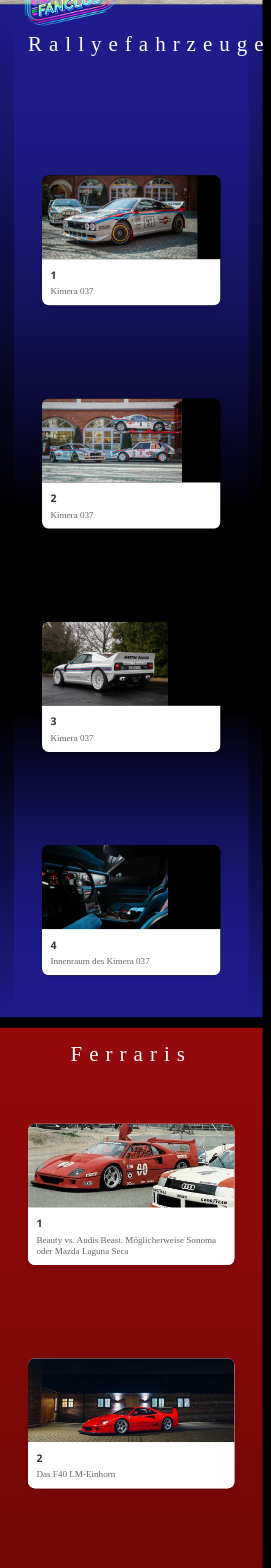
Repository: Johannes-Harald/martini-racing-fanclub
Page: /
The author's editor kept a copy of each file at every save. The page is drawn from the files as they stood at one save, then again after the next save.
The browser window is 375 px wide. The page is 387 px wide, so the pictures cover 387 px, including what lies to the right of the window. The pictures show the part of the page from y = 396 to 2636 px (the page is 13164 px tall before and 13224 px after), at 70% of full size.
Some web fonts or font styles are not loaded; a fallback is used. The project was rebuilt for these pictures with package versions that can differ from the ones it lists, and the page was loaded fresh each time. Also part of the build but not shown: vite.config.js, src/components/Lightbox/Lightbox.css, src/components/Lightbox/Lightbox.jsx, src/components/TitleCards/TitleCards.jsx, src/pages/Videos/Videos.css, src/pages/Videos/Videos.jsx.

Above is the page before, as saved 2024-10-12 13:05:46.

### index.html
<!doctype html>
<html lang="en">
  <head>
    <meta charset="UTF-8" />
    <link rel="icon" type="image/svg+xml" href="/src/assets/logo-martinid.png" style="filter: brightness(3.5); height: 2px; width: 1px;"/>
    <meta name="viewport" content="width=device-width, initial-scale=1.0" />
    <title>Martini Racing Fanclub</title>
  </head>
  <body>
    <div id="root"></div>
    <script type="module" src="/src/main.jsx"></script>
  </body>
</html>
<!--
<!doctype html>
<html lang="en">
  <head>
    <meta charset="UTF-8" />
    <link rel="icon" type="image/svg+xml" href="/src/assets/logo-martinid.png" style="filter: brightness(3.5); height: 2px; width: 1px;"/>
    <meta name="viewport" content="width=device-width, initial-scale=1.0" />
    <title>Martini Racing Fanclub</title>
  </head>
  <body>
    <div id="root"></div>
    <script type="module" src="/src/main.jsx"></script>
  </body>
</html>
-->

### src/App.jsx
import React from 'react';
import { BrowserRouter as Router, Route, Routes } from 'react-router-dom';
import Home from './pages/Home/Home';
import Videos from './pages/Videos/Videos';

function App() {
  //const navigate = useNavigate();
  //const location = useLocation();



  {/*const scrollToTitleCards = () => {
    // Assuming you have a reference to your TitleCards section
    const titleCardsSection = document.getElementById('rallyeautos'); // Adjust this ID as needed
    if (titleCardsSection) {
      titleCardsSection.scrollIntoView({ behavior: 'smooth' });
    }
  };

  const scrollToTitleCards = () => {
    if (location.pathname === '/') {
      rallyefahrzeugeRef.current.scrollIntoView({ behavior: 'smooth' });
    } else {
      // If you're on another page, navigate to the home page first
      navigate('/');
      // After navigating, wait for the page to load and then scroll to rallyefahrzeugeRef
      setTimeout(() => {
        rallyefahrzeugeRef.current.scrollIntoView({ behavior: 'smooth' });
      }, 500); // Use a timeout to ensure the page is fully rendered before scrolling
    }
  };
  <Route path="/Home" element={<Navbar scrollToTop={scrollToTop} scrollToTitleCards={scrollToTitleCards}/>} />
  */}

  return (
    <Router>
      <div className="App">
        <Routes>
          <Route path="/" element={<Home />} />
          <Route path="/videos" element={<Videos />} />
        </Routes>
      </div>
    </Router>
  );
}

export default App;

### src/index.css
* {
  margin: 0;
  padding: 0;
  box-sizing: border-box;
}

body {
  background: black;
  font-family: 'Segoe UI', Tahoma, Geneva, Verdana, sans-serif;
}

### src/pages/Home/Home.css
.hero {
    position: relative;
}

.component {
    transition: opacity 0.5s ease, transform 0.5s ease;
    opacity: 0;
    transform: translateY(20px);
    pointer-events: none; /* Disable interaction when hidden */
  }

  .component.active {
    opacity: 1;
    transform: translateY(0);
    pointer-events: all; /* Enable interaction when visible */
  }

.img-cover {
    background-image: linear-gradient(180deg, rgba (0,0,0,0.7) 10%, transparent);
    z-index: 1;
    transition: background-color 0.3s, color 0.3s;
  }

.banner-width {
    width: 100%;
    mask-image: linear-gradient(to right, transparent, black 75%);
    -weblit-mask-image: linear-gradient(to right, transparent, black 75%);
}

.banner-img {
    width: 100%;
    display: flex;
    filter: brightness(1.2);
}

.hero-caption {
    position: absolute;
    width: 100%;
    padding-left: 6%;
    bottom: 0;
}

.caption-img {
    width: 100%;
    height: 370px;
    max-width: 510px;
    margin-bottom: 60px;
    filter: brightness(1.3);
}

.hero-caption p{
    max-width: 700px;
    font-size: 17px;
    margin-bottom: 20px;
}

.hero-btns {
    display: flex;
    gap: 10px;
    margin-bottom: 50px;
}

.hero-btns .btn img{
    width: 25px;
}

.hero-btns .btn {
    border: 0;
    outline: 0;
    padding: 8px 20px;
    display: inline-flex;
    align-items: center;
    gap: 10px;
    font-size: 15px;
    font-weight: 600;
    background: white;
    border-radius: 4px;
    cursor: pointer;
}

.hero-btns .btn.dark-btn{
    color: #fff;
    background: #6d6d6eb3;
}

.hero-btns .btn:hover{
    background: #ffffffbf;
}

.hero-btns .btn.dark-btn:hover{
    background: #6d6d6e66 ;
}


@media (max-width: 1024px) {
  .hero-caption .title-cards {
      display: none;
  }
  .hero-btns {
      margin-bottom: 30px;
  }
  .hero-caption p {
      font-size: 15px;
      max-width: 600px;
  }
}

/* Large mobile screens */
@media (max-width: 800px) {
  .hero-caption {
      padding-left: 4%;
  }
  .caption-img {
      margin-bottom: 10px;
      width: 40%;
  }
  .hero-caption p {
      font-size: 12px;
      margin-bottom: 10px;
  }
  .hero-btns .btn img {
      width: 20px;
  }
  .hero-btns .btn {
      padding: 6px 15px;
      font-size: 13px;
  }
}

/* Small mobile screens */
@media (max-width: 500px) {
  .banner-img {
    padding-top: 191px;
    width: 150%;
    filter: brightness(1.2);
    max-width: 100%;
    overflow: hidden;
    /*     text-align: left; */
  }

  .home .img-cover {
    background-size: cover; /* Ensure the image covers the entire area */
    background-position: center;
  }
  .caption-img {
    margin-bottom: 360px;
    height: 110px;
    width: 170px;
  }
  .hero-caption p {
      font-size: 11px;
  }
  .hero-btns img {
      width: 15px;
  }
  .hero-btns .btn {
      padding: 4px 10px;
      gap: 5px;
      font-size: 10px;
  }
  .component {
      margin-top: 15px;
  }
  .banner-img {
      height: auto;
  }
}

### src/components/Navbar/Navbar.jsx
import React, { useEffect, useRef, useState } from 'react';
import { Link, useNavigate, useLocation } from 'react-router-dom';
import './Navbar.css';
import logo from '../../assets/logo.png';
import search_icon from '../../assets/search_icon.svg';
import profile_icon from '../../assets/profile_img.webp';
import caret_icon from '../../assets/caret_icon.svg';
import lightModeSearch from '../../assets/search_icon_dark.png';

const Navbar = ({ scrollToRallyefahrzeuge, rallyefahrzeugeRef, scrollTo }) => {
  const navigate = useNavigate();
  const location = useLocation();
  const navRef = useRef(null);
  const [navigateToRallye, setNavigateToRallye] = useState(false);
  const [darkMode, setDarkMode] = useState(() => {
    return localStorage.getItem('darkMode') === 'true';
  });

/*  const handleScrollToRallyefahrzeuge = () => {
    if (location.pathname !== "/") {
      setNavigateToRallye(true); // Set flag to indicate we want to scroll after navigation
      navigate("/"); // Navigate to home
    }
  };

/*  useEffect(() => {
    if (navigateToRallye && location.pathname === "/") {
      setTimeout(() => {
        if (rallyefahrzeugeRef.current) {
          console.log("Ref found, scrolling...");
          rallyefahrzeugeRef.current.scrollIntoView({ behavior: 'smooth' });
        } else {
          console.log("Ref not found");
        }
      }, 100); // Add delay to allow for navigation to complete
      setNavigateToRallye(false); // Reset flag
    }
  }, [navigateToRallye, location.pathname, rallyefahrzeugeRef]);*/

  const toggleDarkMode = () => {
    setDarkMode(prev => {
      const newDarkMode = !prev;
      document.body.classList.toggle('dark-mode', newDarkMode);
      localStorage.setItem('darkMode', newDarkMode);
      return newDarkMode;
    });
  };

  return (
    <div ref={navRef} className={`navbar ${darkMode ? 'dark-mode' : 'light-mode'}`}>
      <div className="navbar-left">
        <img src={logo} alt="Logo" className='logo-img' />
        <ul>
          <li onClick={scrollTo}><Link to="/" className="link-style">Startseite</Link></li>
          <li><Link to="/videos" className="link-style">Videos</Link></li>
          <li onClick={scrollToRallyefahrzeuge}><Link to="/" className="link-style">Fahrzeuge</Link></li>
        </ul>
      </div>

      <div className="navbar-right">
        <p>Nutzer</p>

        {/* Dark Mode Toggle Button */}
        <button onClick={toggleDarkMode} className='dark-mode-btn'>
          {darkMode ? 'Hell' : 'Dunkel'}
        </button>

        <div className='navbar-profile'>
          <img src={profile_icon} alt="Profile" className='profile' />
          <img src={caret_icon} alt="Caret" />
          <div className='dropdown'>
            <p>Abmelden</p>
          </div>
        </div>
      </div>
    </div>
  );
};

export default Navbar;

### src/components/TitleCards/Rallyefahrzeuge.jsx
import React, { useState } from 'react';
import './Rallyefahrzeuge.css';
import img3 from '../../assets/cards/img3.jpg';
import img4 from '../../assets/cards/img4.jpg';
import img5 from '../../assets/cards/img5.webp';
import img6 from '../../assets/cards/img6.jpg';
import Lightbox from '../Lightbox/Lightbox';

const Rallyefahrzeuge = React.forwardRef((props, ref) => {
  const [lightboxOpen, setLightboxOpen] = useState(false); // State to control lightbox visibility
  const [selectedImageIndex, setSelectedImageIndex] = useState(0); // Track the selected image

  const cardData = [
    { image: img3, title: '1', description: 'Kimera 037' },
    { image: img4, title: '2', description: 'Kimera 037' },
    { image: img5, title: '3', description: 'Kimera 037' },
    { image: img6, title: '4', description: 'Innenraum des Kimera 037' }
  ];

  const handleImageClick = (index) => {
    setSelectedImageIndex(index); // Set the index of the clicked image
    setLightboxOpen(true); // Open the lightbox LOOK HERE INCASE! >>>> ref={rallyefahrzeugeRef}
  };

  return (
    <div className="rallyefahrzeuge">
      <div className="rallyeautos">
        <h2>Rallyefahrzeuge</h2>
      </div>
      <div className="rallye-card-list">
        {cardData.map((card, index) => (
          <div key={index} className="rallye-title-cards" onClick={() => handleImageClick(index)}>
            <img src={card.image} alt={card.title} className="rallye-title-cards-img" />
            <div className="rallye-title-cards-info">
              <h3>{card.title}</h3>
              <p>{card.description}</p>
            </div>
          </div>
        ))}
      </div>

      {/* Conditionally render the Lightbox when open */}
      {lightboxOpen && (
        <Lightbox
          images={cardData.map((card) => ({ src: card.image, alt: card.title }))} // Pass the images to the Lightbox
          initialIndex={selectedImageIndex} // Start with the clicked image
          onClose={() => setLightboxOpen(false)} // Close the lightbox
        />
      )}
    </div>
  );
});

export default Rallyefahrzeuge;

### src/components/TitleCards/PrototypRennwagen.jsx
import React, { useState } from 'react';
import './Rallyefahrzeuge.css';
import img1 from '../../assets/cards/img1.png';
import img7 from '../../assets/cards/img7.jpg';
import img8 from '../../assets/cards/img8.jpg';
import img9 from '../../assets/cards/img9.jpg';
import lcmonza from '../../assets/cards/lcmonza.jpg';
import lcparmalat from '../../assets/cards/lcparmalat.jpg';
import Lightbox from '../Lightbox/Lightbox'; // Import the Lightbox component

const PrototypRennwagen = React.forwardRef((props, ref) => {
  const [lightboxOpen, setLightboxOpen] = useState(false); // State to control lightbox visibility
  const [selectedImageIndex, setSelectedImageIndex] = useState(0); // Track the selected image

  const cardData = [
    { image: img1, title: '1', description: 'LC1 auf der Nordschleife' },
    { image: img7, title: '2', description: 'LC1 auf der Nordschleife' },
    { image: img8, title: '3', description: 'LC1 bei Le Mans' },
    { image: img9, title: '4', description: 'LC1' },
    { image: lcmonza, title: '5', description: 'LC1 bei Le Mans' },
    { image: lcparmalat, title: '6', description: 'LC1' }
  ];

  const handleImageClick = (index) => {
    setSelectedImageIndex(index); // Set the index of the clicked image
    setLightboxOpen(true); // Open the lightbox
  };

  return (
    <div className="rallyefahrzeuge" ref={ref}>
      <div className="rallyeautos">
        <h2>Prototyp-Rennwagen</h2>
      </div>
        <div className="rallye-card-list" >
      {cardData.map((card, index) => (
        <div key={index} className="rallye-title-cards" onClick={() => handleImageClick(index)}>
          <img src={card.image} alt={card.title} className="rallye-title-cards-img" />
          <div className="rallye-title-cards-info">
            <h3>{card.title}</h3>
            <p>{card.description}</p>
          </div>
        </div>
      ))}
    </div>

      {/* Conditionally render the Lightbox when open */}
          {lightboxOpen && (
        <Lightbox
          images={cardData.map((card) => ({ src: card.image, alt: card.title }))} // Pass the images to the Lightbox
          initialIndex={selectedImageIndex} // Start with the clicked image
          onClose={() => setLightboxOpen(false)} // Close the lightbox
        />
      )}
    </div>
  );
});

export default PrototypRennwagen;

### src/components/TitleCards/Tourenwagen.jsx
import React, { useState } from 'react';
import './Rallyefahrzeuge.css';
 import img2 from '../../assets/cards/img2.jpg';
import img10 from '../../assets/cards/img10.jpg';
import img11 from '../../assets/cards/img11.jpg';
import img12 from '../../assets/cards/img12.jpg';
import img37 from '../../assets/cards/img37.jpg';
import img38 from '../../assets/cards/img38.jpeg';
import Lightbox from '../Lightbox/Lightbox';

const Tourenwagen = React.forwardRef((props, ref) => {
  const [lightboxOpen, setLightboxOpen] = useState(false); // State to control lightbox visibility
  const [selectedImageIndex, setSelectedImageIndex] = useState(0); // Track the selected image

  const cardData = [
    { image: img2, title: '1', description: 'Porsche 935' },
    { image: img10, title: '2', description: 'Beta Montecarlo Turbo' },
    { image: img11, title: '3', description: 'Beta Montecarlo Turbo' },
    { image: img12, title: '4', description: 'Beta Montecarlo Turbo' },
    { image: img37, title: '5', description: 'Beta Montecarlo Turbo' },
    { image: img38, title: '6', description: 'Beta Montecarlo Turbo' }
  ];

  const handleImageClick = (index) => {
    setSelectedImageIndex(index); // Set the index of the clicked image
    setLightboxOpen(true); // Open the lightbox
  };

  return (
    <div className="rallyefahrzeuge" ref={ref}>
      <div className="rallyeautos">
        <h2>Tourenwagen</h2>
      </div>
    <div className="rallye-card-list">
      {cardData.map((card, index) => (
        <div key={index} className="rallye-title-cards" onClick={() => handleImageClick(index)}>
          <img src={card.image} alt={card.title} className="rallye-title-cards-img" />
          <div className="rallye-title-cards-info">
            <h3>{card.title}</h3>
            <p>{card.description}</p>
          </div>
        </div>
      ))}
    </div>

      {/* Conditionally render the Lightbox when open */}
      {lightboxOpen && (
        <Lightbox
          images={cardData.map((card) => ({ src: card.image, alt: card.title }))} // Pass the images to the Lightbox
          initialIndex={selectedImageIndex} // Start with the clicked image
          onClose={() => setLightboxOpen(false)} // Close the lightbox
        />
      )}
    </div>
  );
});

export default Tourenwagen;

### src/components/Footer/Footer.jsx
import React from 'react'
import './Footer.css'
import youtube_icon from '../../assets/youtube_icon.png'
import twitter_icon from '../../assets/twitter_icon.png'
import instagram_icon from '../../assets/instagram_icon.png'
import facebook_icon from '../../assets/facebook_icon.png'

const Footer = () => {
  return (
    <div className='footer'>
      <div className='footer-icons'>
        <img src={youtube_icon} alt="" />
        <img src={twitter_icon} alt="" />
        <img src={instagram_icon} alt="" />
        <img src={facebook_icon} alt="" />
      </div>
      <ul>
        <li>Auto-Fanclub</li>
        <li>Hilfezentrum</li>
        <li>Foren</li>
        <li>Medienzentrum</li>
        <li>Investorenbeziehungen</li>
        <li>Jobs</li>
        <li>Nutzungsbediengungen</li>
        <li>Datenschutz</li>
        <li>Rechtliche Hinweise</li>
        <li>Cookie-Einstellungen</li>
        <li>Unternehmensinformationen</li>
        <li>Kontakt</li>
      </ul>
      <p className='copyright'>© 1968-2023 Martini-Racing.</p>
    </div>
  )
}

export default Footer

### src/components/TitleCards/Rallyefahrzeuge.css
@import url('https://fonts.googleapis.com/css2?family=Bona+Nova+SC:ital,wght@0,400;0,700;1,400&family=Open+Sans&display=swap');

* {
  margin: 0;
  padding: 0;
  box-sizing: border-box;
}

.rallye-card-list {
  display: flex;
  flex-flow: row wrap;
  align-items: flex-start;
  /*flex-wrap: wrap;
  justify-content: space-between;*/
  gap: 70px;
  padding: 20px;
}

.rallyefahrzeuge {
  padding: 20px;
  background: linear-gradient(to bottom, rgb(30, 28, 140) 0%, rgba(0, 0, 0, 0) 50%),
              linear-gradient(to bottom, rgba(0, 0, 0, 0) 70%, rgb(30, 28, 140) 100%);
}

.rallyeautos h2{
  font-family: "Bona Nova SC", serif;
  font-weight: 400;
  font-style: normal;
  color: white;
  font-size: 130px;
  letter-spacing: 10px;
  text-align: center;
}

.rallye-title-cards {
  flex: 1 1 calc(25% - 40px); /* Makes cards 4 per row with space for margins */
  display: flex;
  flex-direction: column;
  background-color: #000000;
  border-radius: 10px;
  overflow: hidden;
  transition: transform 2s ease-in-out, box-shadow 2s ease-in-out;
  box-shadow: 0 4px 8px rgba(0, 0, 0, 0.1);
  margin-top: 63px;
  cursor: pointer;
}

.rallye-title-cards:hover {
  transform: translateY(-5px);
  box-shadow: 0 8px 16px rgba(0, 0, 0, 0.15);
}

.rallye-title-cards-img {
  width: 100%;
  height: 250px;
  object-fit: cover;
}

.rallye-title-cards-info {
  padding: 12px;
  background-color: #fff;
}

.rallye-title-cards-info h3 {
  font-size: 16px;
  font-weight: bold;
  color: #333;
  margin-bottom: 6px;
}

.rallye-title-cards-info p {
  font-family: "Bona Nova SC", serif;
  font-weight: 400;
  font-style: normal;
  font-size: 17px;
  color: #666;
}

@media (max-width: 768px) {
  .rallye-title-cards {
      flex: 1 1 calc(50% - 20px); /* 2 per row on smaller screens */
  }
}

@media (max-width: 480px) {
  .rallye-title-cards {
      flex: 1 1 100%; /* Full-width cards on very small screens */
  }
}


 /* Mobile-friendly adjustments */
@media (max-width: 768px) {
  .rallye-title-cards {
      flex: 1 1 calc(50% - 20px);
  }

  .rallye-title-cards-info h3 {
      font-size: 15px;
  }

  .rallye-title-cards-info p {
      font-size: 13px;
  }

  .rallye-title-cards-img {
      height: 120px;
  }
}

@media (max-width: 480px) {
  .rallye-title-cards {
      flex: 1 1 calc(100% - 20px);
  }
}




@media (max-width: 800px) {
  .rallye-title-cards-img {

  }
 }

 @media (max-width: 500px) {
  .rallyeautos h2{
    font-family: "Bona Nova SC", serif;
    font-weight: 400;
    font-style: normal;
    color: white;
    font-size: 30px;
    letter-spacing: 10px;
    text-align: center;
  }
    .rallye-title-cards h2{
       font-size: 15px;
    }
    .rallye-card-list {
      padding-top: 107px;
    }
    .rallye-title-cards-img {
      width: fit-content;

    }
    .card-list p{
       font-size: 10px;
    }
 }

### src/components/TitleCards/Ferrari.css
@import url('https://fonts.googleapis.com/css2?family=Bona+Nova+SC:ital,wght@0,400;0,700;1,400&family=Open+Sans&display=swap');

* {
    margin: 0;
    padding: 0;
    box-sizing: border-box;
  }

  .card-list-ferrari {
    display: flex;
    flex-flow: row wrap;
    align-items: flex-start;
    /*flex-wrap: wrap;
    justify-content: space-between;*/
    gap: 70px;
    padding: 20px;
  }

  .ferraris {
    padding: 20px;
    background: linear-gradient(to bottom, rgb(150, 10, 10) 0%, rgba(255, 0, 0, 0) 50%), /* Top effect */
                linear-gradient(to bottom, rgba(255, 255, 255, 0) 70%, rgb(150, 10, 10) 100%); /* Bottom effect */
  }

  .title-cards-ferrari {
    flex: 1 1 calc(25% - 40px); /* Makes cards 4 per row with space for margins */
    display: flex;
    flex-direction: column;
    background-color: #f9f9f9;
    border-radius: 10px;
    transition: transform 0.3s ease-in-out, box-shadow 0.3s ease-in-out;
    box-shadow: 0 4px 8px rgba(0, 0, 0, 0.1);
    /*     max-width: 301px;/* Optional: Set a max width to limit card size*/
    margin-top: 63px;
    cursor: pointer;
    overflow: hidden;
  }

  .title-cards-ferrari:hover {
    transform: translateY(-5px);
    box-shadow: 0 8px 16px rgba(0, 0, 0, 0.15);
    transition: 1s linear ease-in-out;
  }

  .title-cards-img-ferrari {
    width: 100%;
    height: 250px;
    object-fit: cover;
  }

  .title-cards-info-ferrari {
    padding: 12px;
    background-color: #fff;
  }

  .title-cards-info-ferrari h3 {
    font-size: 16px;
    font-weight: bold;
    color: #333;
    margin-bottom: 6px;
  }

  .title-cards-info-ferrari p {
    font-family: "Bona Nova SC", serif;
    font-weight: 400;
    font-style: normal;
    font-size: 17px;
    color: #666;
  }

  /* Mobile-friendly adjustments */
  @media (max-width: 500px) {
    .title-cards-ferrari {
      flex: 1 1 calc(50% - 20px); /* Makes cards 2 per row on smaller screens */
    }

    .title-cards-info-ferrari h3 {
      font-size: 15px;
    }

    .title-cards-info-ferrari p {
      font-size: 13px;
    }

    .title-cards-img-ferrari {
      height: 120px;
    }
  }

  @media (max-width: 480px) {
    .title-cards-ferrari {
      flex: 1 1 calc(100% - 20px); /* Full-width on very small screens */
    }
  }

### src/components/Footer/Footer.css
.footer {
    padding: 30px 4px;
    max-width: 1000px;
    margin: 0 auto;
}

.footer-icons {
    display: flex;
    gap: 20px;
    margin: 40px 0;
}

.footer-icons img{
    width: 30px;
    cursor: pointer;
}

.footer ul{
    display: grid;
    grid-template-columns: auto auto auto auto;
    gap: 15px;
    margin-bottom: 30px;
    list-style: none;
}

.footer ul li{
    color: white;
}

.copyright {
    color: gray;
    font-size: 16px;
}

@media (max-width:800px) {
    .footer {
        padding: 7%;
        margin: 0 auto;
    }

  .footer-icon img{
      width: 25px;
  }
  .footer ul {
    grid-template-columns: auto auto;
    gap: 8px;
    font-size: 14px;
  }
}

### src/components/TitleCards/TitleCards.css
* {
    margin: 0;
    padding: 0;
    box-sizing: border-box;
  }

  .title-cards-container {
    background: none;
    background: linear-gradient(to bottom, rgb(30, 28, 140) 0%, rgba(0, 0, 0, 0) 50%),
    linear-gradient(to bottom, rgba(0, 0, 0, 0) 70%, rgb(30, 28, 140) 100%);
    padding: 20px;
    display: flex;
  }

  /* Flex container for cards */
  .cards {
    display: flex;
    flex-flow: row wrap;
    justify-content: end;
    gap: 20px;
    padding: 20px;
    margin-top: 100px;
  }

  /* Flex container for video cards */
  .video-cards {
    display: flex;
    flex-flow: row wrap;
    justify-content: center;
    gap: 70px;
  }

  /* Styling for each card */
  .card {
    width: auto;
    cursor: pointer;
    text-align: center;
    display: flex;
    flex-direction: column;
    align-items: center;
    border-radius: 12px;
    opacity: 1; /* Full opacity for the card */
    background: transparent;
  }

  /* Thumbnail image styling */
  .video-thumbnail {
    width: 450px;
    height: auto;
    border-radius: 8px;
    transition: transform 0.3s ease;
    filter: brightness(1.1);
    opacity: 1;
  }

  .video-thumbnail:hover {
    transform: scale(1.05); /* Slight zoom effect on hover */
    filter: brightness(1.2);
  }

  /* Card title styling */
  .card h3 {
    margin-top: 10px;
    font-size: 18px;
    color: white;
  }

  /* Modal overlay when a video is selected */
  .modal-overlay {
    position: fixed;
    top: 0;
    left: 0;
    width: 100%;
    height: 100%;
    display: flex;
    justify-content: center;
    align-items: center;
  }

  /* Modal content container */
  .modal-content {
    background: #fff;
    padding: 7px;
    border-radius: 10px;
    width: 80%;
    max-width: 900px;
  }

  /* Embedded video iframe */
  .modal-content iframe {
    width: 100%;
    height: 500px;
  }

  .modal-overlay:hover {
    cursor: pointer;
  }

  .modal-content:hover {
    cursor: default;
  }

  /* Scrollbar styling (hidden for horizontal scroll) */
  .card-list::-webkit-scrollbar {
    display: none;
  }

  /* Responsive styling for smaller screens */
  @media (max-width: 800px) {
    .cards {
      gap: 10px; /* Reduce the gap between cards */
    }

    .card {
      width: 200px; /* Reduce card width for smaller screens */
    }

    .card h3 {
      font-size: 16px; /* Reduce font size for titles */
    }

    .thumbnail {
      width: 100%; /* Ensure thumbnail adjusts to the new card size */
    }
  }

  @media (max-width: 500px) {
    .card {
      width: 165px; /* Further reduce card width for small screens */
    }

    .card h3 {
      font-size: 14px;
    }

    .modal-content {
      background: #fff;
      padding: 2px;
      height: auto;
      margin-top: 140%;
    }

    .modal-overlay {
      height: 7%;
    }

    .modal-overlay:hover {
      cursor: pointer;
    }

    .modal-content:hover {
      cursor: default;
    }

    .video-thumbnail {
      width: 100%;
    }
  }

Loaded but not shown: src/main.jsx (common file); src/components/Navbar/Navbar.css (332 lines, source omitted); src/components/TitleCards/Ferrari.jsx (88 lines, source omitted); src/pages/Home/Home.jsx (114 lines, source omitted)

After the next save:
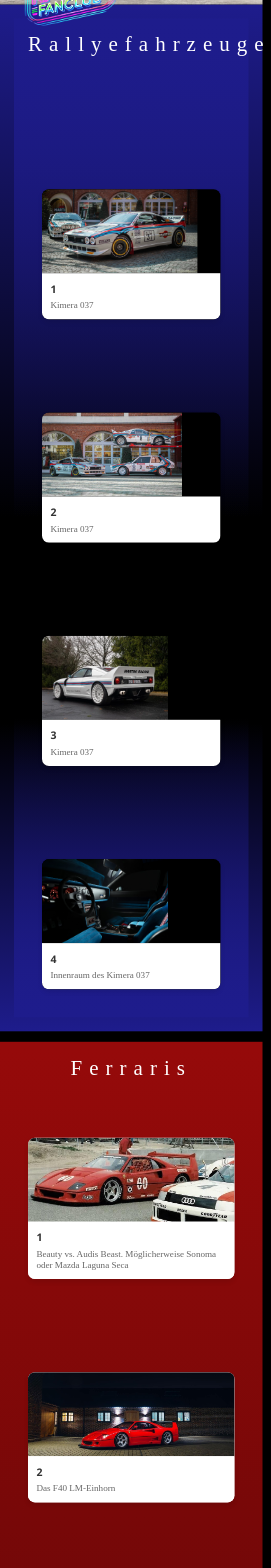
Saved 10 s later.
--- a/src/components/TitleCards/Rallyefahrzeuge.css
+++ b/src/components/TitleCards/Rallyefahrzeuge.css
@@ -137,7 +137,7 @@
        font-size: 15px;
     }
     .rallye-card-list {
-      padding-top: 107px;
+      margin-top: 107px;
     }
     .rallye-title-cards-img {
       width: fit-content;
